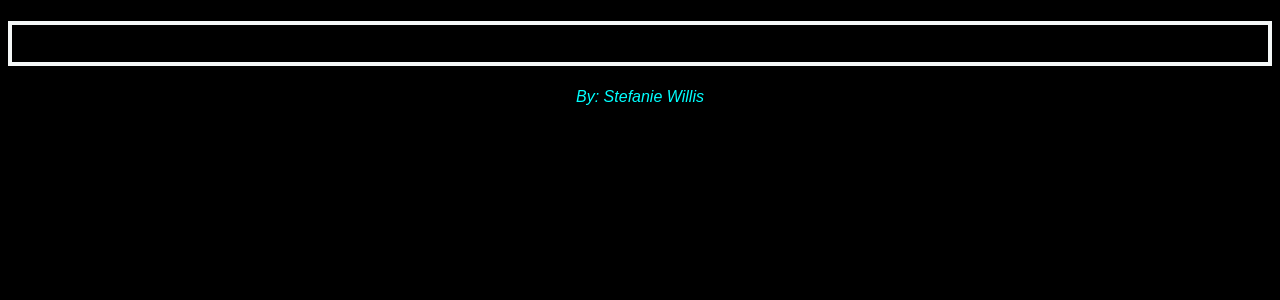
Repository: swillis91/odin-recipies
Page: Planty Page/index.html
These files come from the project's save history. The page is drawn as it stood at one moment and after the next save; the edit follows.
The browser window is 1280 px wide. The pictures show the whole page.

Above is the page before, as saved 2023-08-09 23:36:55.

### Planty Page/index.html
<!DOCTYPE html>
    <html>
        <head>
            <title>Planty Page- Home</title>
            <link href="style.css" rel="stylesheet"
        </head>
        <body>
            <h1 class="heading">Planty Page</h1>
                <p>By: Stefanie Willis</p>

        </body>
    </html>

### Planty Page/style.css
body{
    background-color: black;
    color:aqua;
    text-align: center;
    font-family: fantasy;
    font-style: oblique;
}

.heading{
    color: rgba(0, 0, 0, 0.974);
    border: 4px solid rgb(244, 247, 247);
    background-image: url('Images/banner.jpg')
    height: 100px;
}

After the next save:
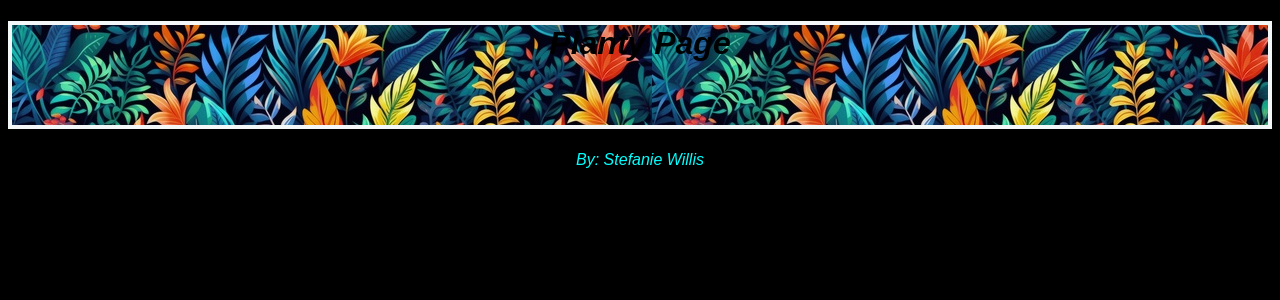
Saved 47 s later.
--- a/Planty Page/style.css
+++ b/Planty Page/style.css
@@ -9,6 +9,7 @@ body{
 .heading{
     color: rgba(0, 0, 0, 0.974);
     border: 4px solid rgb(244, 247, 247);
-    background-image: url('Images/banner.jpg')
+    background-image: url('Images/banner.jpg');
     height: 100px;
+
 }
